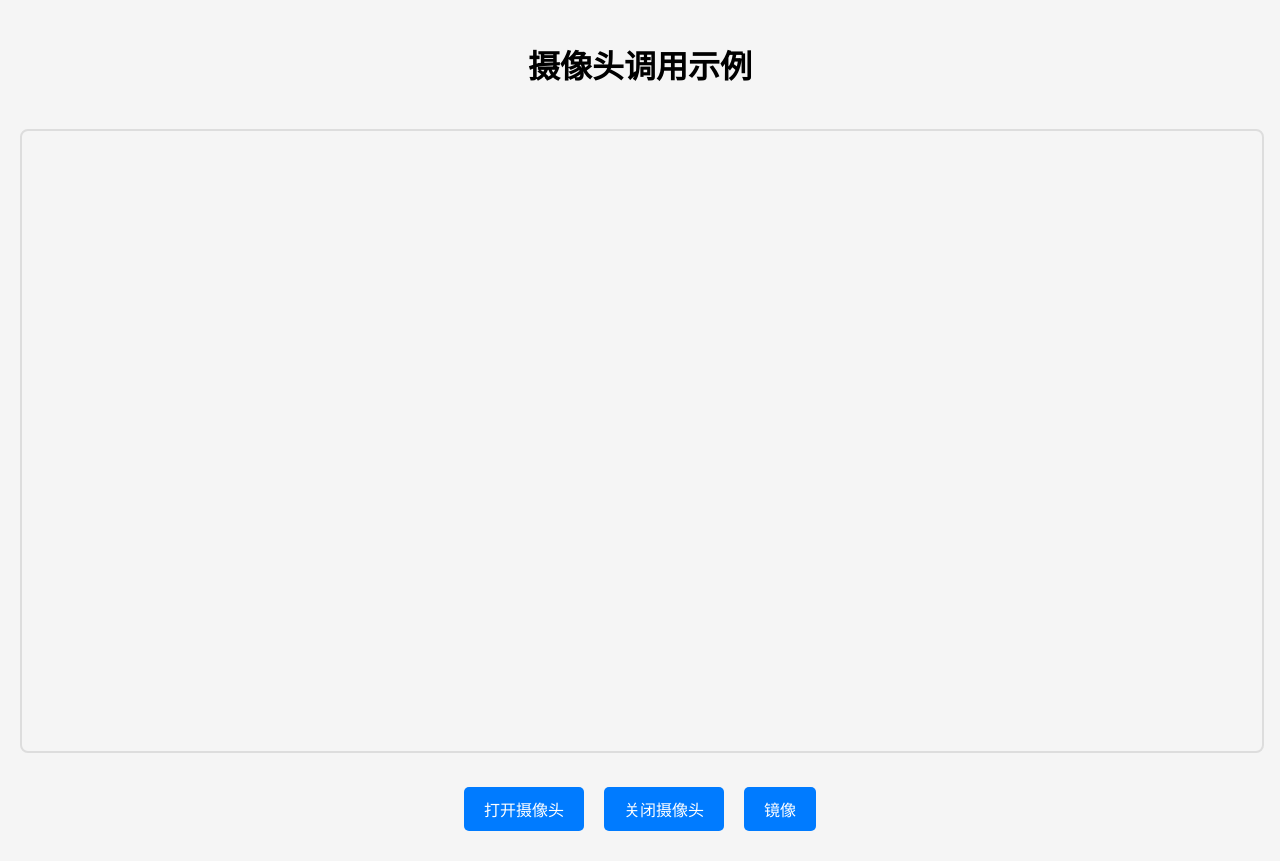
Repository: shasha333333/mirrorOnVue
Page: /
The author's editor kept a copy of each file at every save. The page is drawn from the files as they stood at one save, then again after the next save.
The browser window is 1280 px wide. The pictures show the whole page.
The project was rebuilt for these pictures with package versions that can differ from the ones it lists, and the page was loaded fresh each time. Also part of the build but not shown: vue.config.js.

Above is the page before, as saved 2024-11-18 19:44:12.

### src/App.vue
<template>
  <CameraApp />
</template>

<script>
import CameraApp from './components/CameraApp.vue';

export default {
  name: "App",
  components: {
    CameraApp,
  },
};
</script>

<style>
/* 全局样式可以根据需要调整 */
body {
  margin: 0;
  font-family: Arial, sans-serif;
  background-color: #f5f5f5;
}
</style>

### src/components/CameraApp.vue
<template>
  <div id="camera-app">
    <h1>摄像头调用示例</h1>
    <video
      ref="video"
      :class="{ mirrored: isMirrored }"
      autoplay
      width="100%"
      height="auto"
    ></video>
    <div class="controls">
      <button @click="startCamera">打开摄像头</button>
      <button @click="stopCamera">关闭摄像头</button>
      <button @click="toggleMirror">镜像</button>
    </div>
  </div>
</template>

<script>
export default {
  name: "CameraApp",
  data() {
    return {
      stream: null,
      isMirrored: false, // 控制是否开启镜像
    };
  },
  methods: {
    async startCamera() {
      try {
        this.stream = await navigator.mediaDevices.getUserMedia({ video: true });
        this.$refs.video.srcObject = this.stream;
      } catch (error) {
        console.error("无法访问摄像头:", error);
        alert("请检查摄像头权限或设备状态。");
      }
    },
    stopCamera() {
      if (this.stream) {
        this.stream.getTracks().forEach((track) => track.stop());
        this.stream = null;
      }
    },
    toggleMirror() {
      this.isMirrored = !this.isMirrored; // 切换镜像状态
    },
  },
  beforeUnmount() {
    this.stopCamera();
  },
};
</script>

<style>
#camera-app {
  text-align: center;
  font-family: Arial, sans-serif;
  padding: 20px;
}
video {
  border: 2px solid #ddd;
  border-radius: 8px;
  margin: 20px 0;
}
.mirrored {
  transform: scaleX(-1); /* 实现镜像效果 */
}
button {
  margin: 10px;
  padding: 10px 20px;
  border: none;
  background-color: #007bff;
  color: white;
  font-size: 16px;
  border-radius: 5px;
  cursor: pointer;
}
button:hover {
  background-color: #0056b3;
}
</style>

Loaded but not shown: public/index.html (common file); src/main.js (common file)

After the next save:
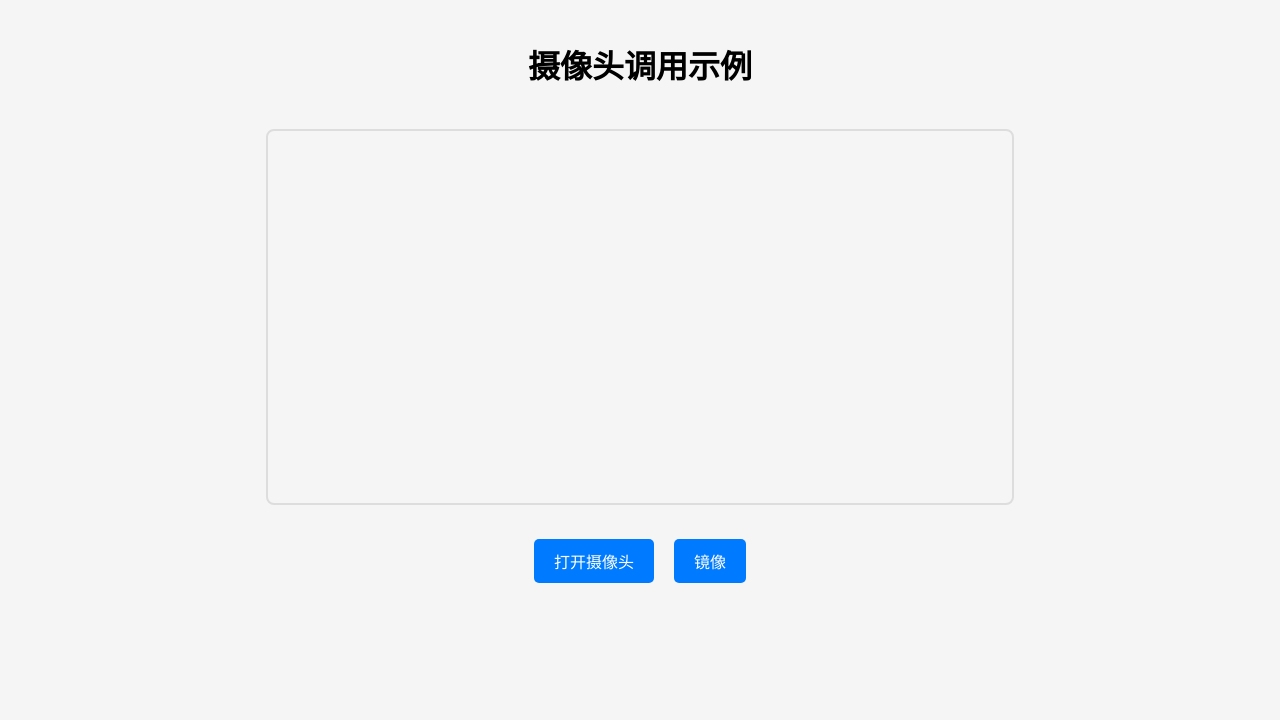
Saved 107 s later.
--- a/src/components/CameraApp.vue
+++ b/src/components/CameraApp.vue
@@ -5,12 +5,11 @@
       ref="video"
       :class="{ mirrored: isMirrored }"
       autoplay
-      width="100%"
+      width="60%"
       height="auto"
     ></video>
     <div class="controls">
       <button @click="startCamera">打开摄像头</button>
-      <button @click="stopCamera">关闭摄像头</button>
       <button @click="toggleMirror">镜像</button>
     </div>
   </div>
@@ -35,12 +34,7 @@ export default {
         alert("请检查摄像头权限或设备状态。");
       }
     },
-    stopCamera() {
-      if (this.stream) {
-        this.stream.getTracks().forEach((track) => track.stop());
-        this.stream = null;
-      }
-    },
+
     toggleMirror() {
       this.isMirrored = !this.isMirrored; // 切换镜像状态
     },
